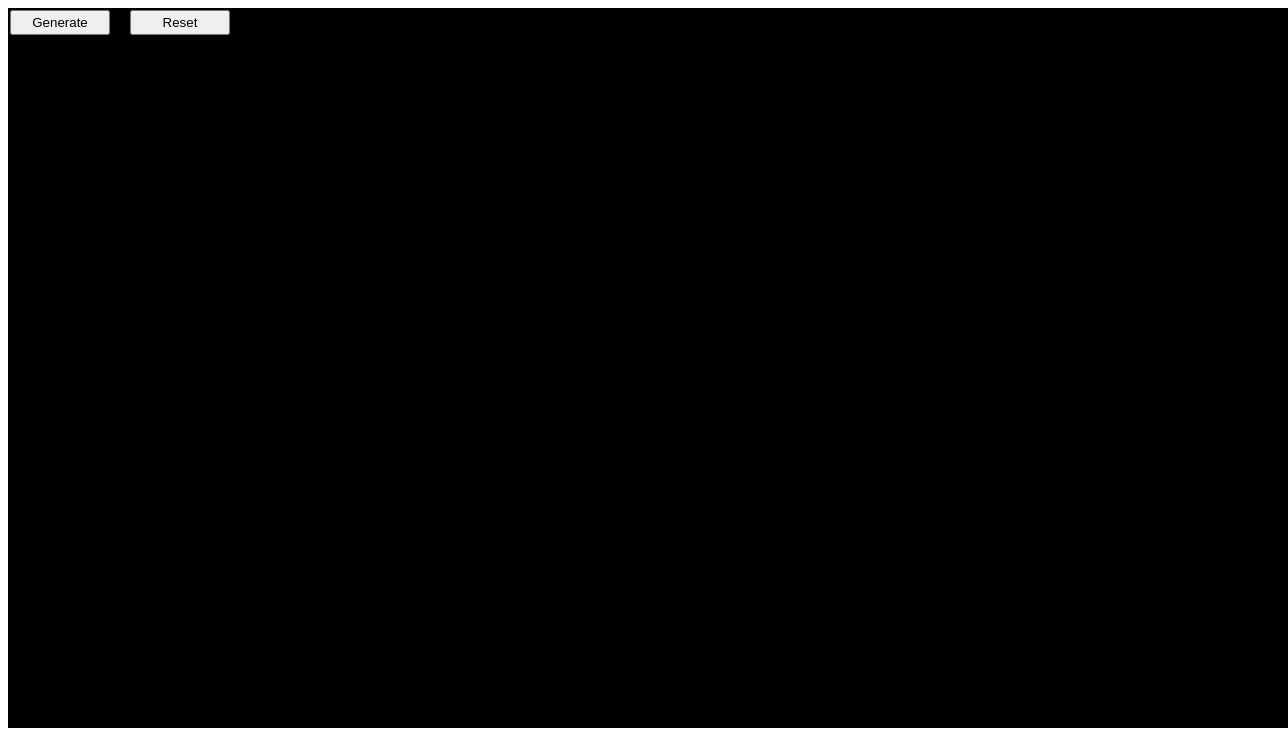
Repository: Gabrielw123/Fraktalgenerator
Page: fraktaler/test/bruh.html
The author's editor kept a copy of each file at every save. The page is drawn from the files as they stood at one save, then again after the next save.
The browser window is 1280 px wide. The page is 1288 px wide, so the pictures cover 1288 px, including what lies to the right of the window. The pictures show the whole page.
Some web libraries are served in a nearby version.

Above is the page before, as saved 2022-01-12 09:11:26.

After the next save:
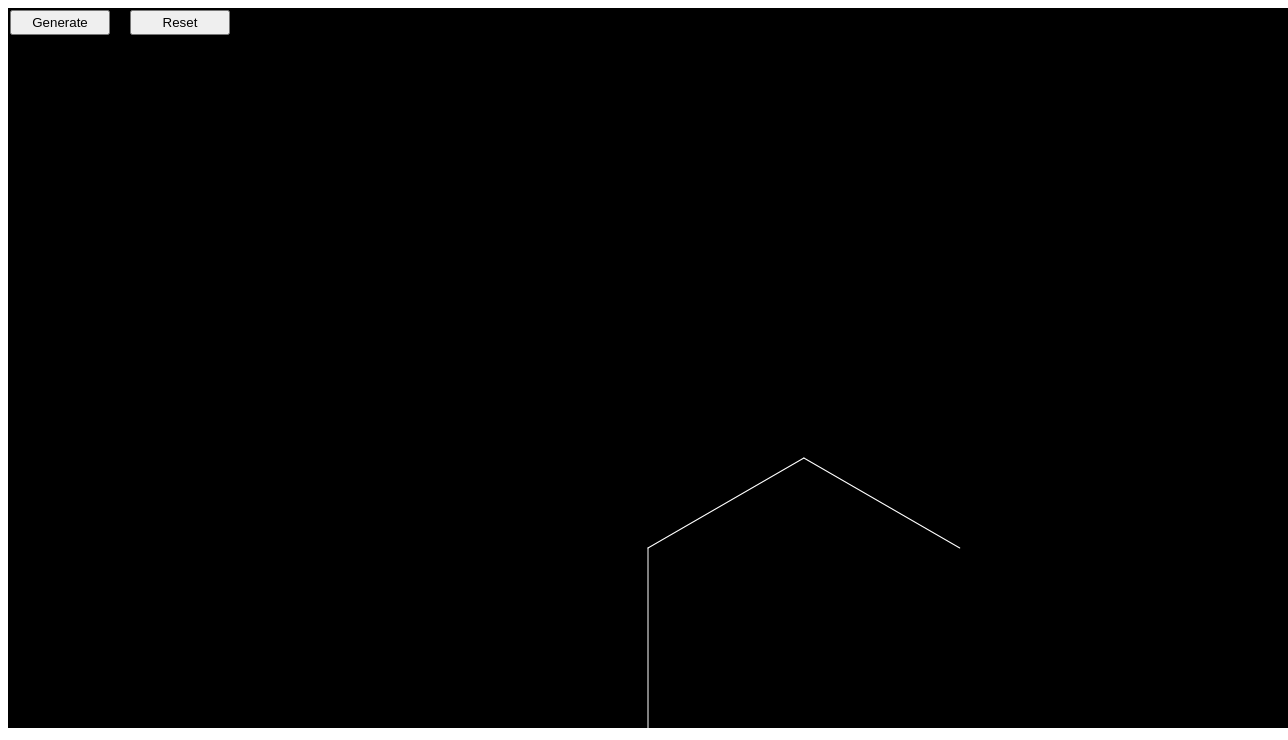
Saved 94 s later.
--- a/fraktaler/test/noob.js
+++ b/fraktaler/test/noob.js
@@ -8,13 +8,13 @@ let maxGeneration = 6;
 let length;
 let angle;
 
-let axiom = "X";
+let axiom = "F++F++F";
 let sentence = axiom;
 
 let rules = [
   {
-    in: "X",
-    out: "X=F[-X][+X]",
+    in: "F",
+    out: "F-F++F-F",
   },
 ];
 
